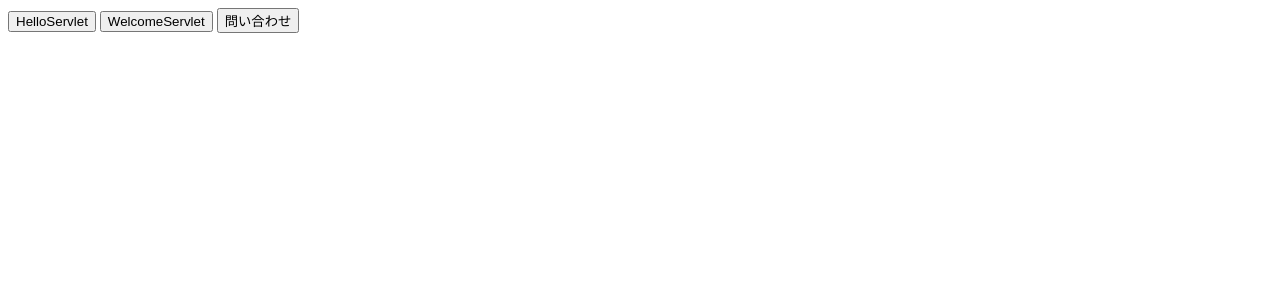
Repository: y-inoue1220/test
Page: http://localhost/HelloServlet/
The author's editor kept a copy of each file at every save. The page is drawn from the files as they stood at one save, then again after the next save.
The browser window is 1280 px wide. The pictures show the whole page.
The page is served by Tomcat 9. Other server files are loaded and not shown.

Above is the page before, as saved 2019-10-04 10:45:02.

### HelloServlet/WebContent/index.jsp
<%@ page language="java" contentType="text/html; charset=UTF-8"
    pageEncoding="UTF-8"%>
<!DOCTYPE html>
<html>
<head>
<meta charset="UTF-8">
<title>HelloServlet</title>
</head>
<body>
<input type="button" value="HelloServlet" onClick="location.href='HelloServlet'">
<input type="button" value="WelcomeServlet" onClick="location.href='welcome.jsp'">
<input type="button" value="問い合わせ" onClick="location.href='inquiry.jsp'">

</body>
</html>

After the next save:
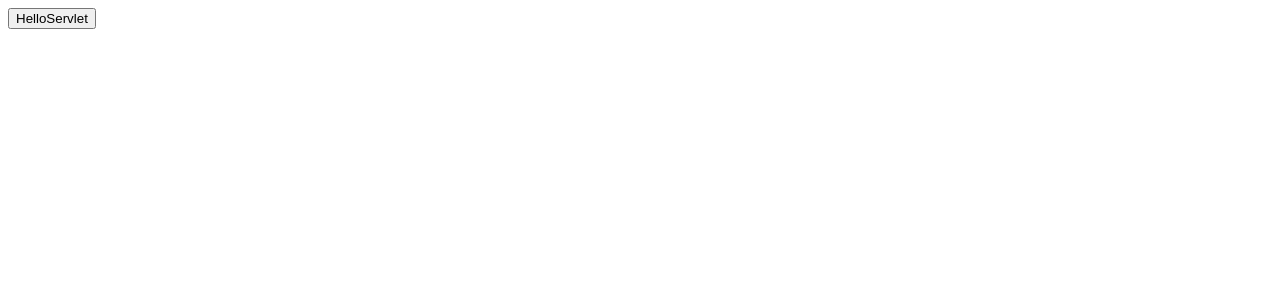
Saved 6 min 37 s later.
--- a/HelloServlet/WebContent/index.jsp
+++ b/HelloServlet/WebContent/index.jsp
@@ -1,5 +1,5 @@
 <%@ page language="java" contentType="text/html; charset=UTF-8"
-    pageEncoding="UTF-8"%>
+pageEncoding="UTF-8"%>
 <!DOCTYPE html>
 <html>
 <head>
@@ -8,8 +8,5 @@
 </head>
 <body>
 <input type="button" value="HelloServlet" onClick="location.href='HelloServlet'">
-<input type="button" value="WelcomeServlet" onClick="location.href='welcome.jsp'">
-<input type="button" value="問い合わせ" onClick="location.href='inquiry.jsp'">
-
 </body>
 </html>
